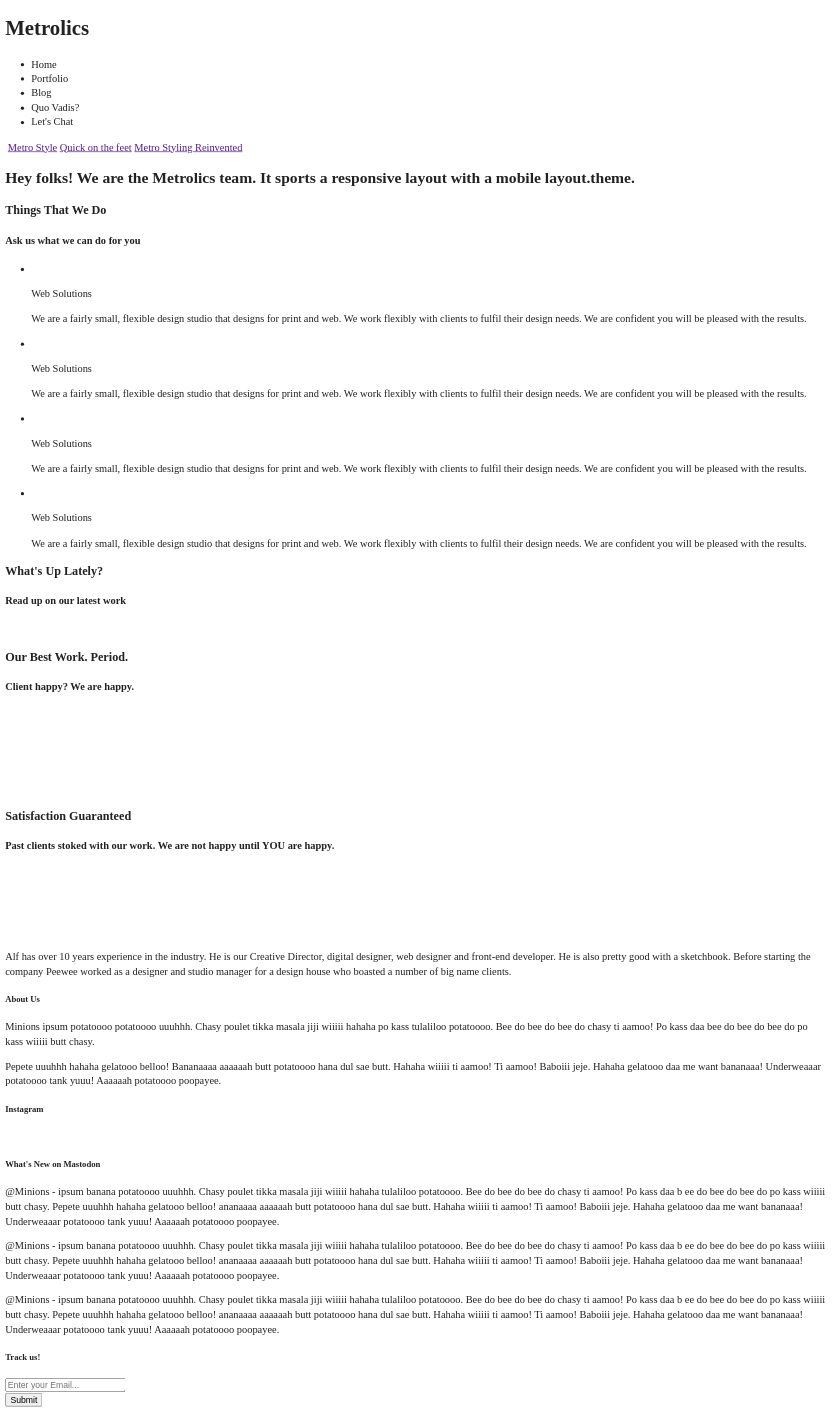
Repository: kaitlynlew/Lab02-Metrolics
Page: index.html
An editor plug-in stored every save of this project. The page is shown before and after the next save, followed by the edit.
The browser window is 1280 px wide. The pictures show the whole page, at 65% of full size.

Above is the page before, as saved 2025-01-24 14:23:18.

### index.html
<!doctype html>
<html class="no-js" lang="en">

<head>
  <meta charset="utf-8">
  <meta name="viewport" content="width=device-width, initial-scale=1">
  <title>Metrolics</title>
  <link rel="stylesheet" href="css/style.css">
  <meta name="description" content="">

  <meta property="og:title" content="">
  <meta property="og:type" content="">
  <meta property="og:url" content="">
  <meta property="og:image" content="">
  <meta property="og:image:alt" content="">

  <link rel="manifest" href="site.webmanifest">
  <meta name="theme-color" content="#fafafa">
</head>

<body class="page --home">

<header class="page__header">
    <h1 class="header__title">Metrolics</h1>
    <nav class="heade__navigation">
        <ul class="navigation__list">
            <li class="navigation__list--home">Home</li>
            <li class="navigation__list--portfolio">Portfolio</li>
            <li class="navigation__list--blog">Blog</li>
            <li class="navigation__list--quovadis">Quo Vadis?</li>
            <li class="navigation__list--letschat">Let's Chat</li>
        </ul>
    </nav>
</header>

<section class="">
  <div>
    <img src="/" alt="">
    <a href="">Metro Style</a>
    <a href="">Quick on the feet</a>
    <a href="">Metro Styling Reinvented</a>
  </div>
</section>

<h2>Hey folks! We are the Metrolics team. It sports a responsive layout with a mobile layout.theme.</h2>

<section>
    <h3 class="heading-2">Things That We Do</h3>
    <h4 class="subhead-1">Ask us what we can do for you</h4>
    <div>
        <ul>
            <li><img src="/" alt="">
                <p>Web Solutions</p>
                <p>We are a fairly small, flexible design studio that designs for print and web. We work flexibly with clients to fulfil their design needs. We are confident you will be pleased with the results.</p>
            </li>
        </ul>
        <ul>
            <li><img src="/" alt="">
                <p>Web Solutions</p>
                <p>We are a fairly small, flexible design studio that designs for print and web. We work flexibly with clients to fulfil their design needs. We are confident you will be pleased with the results.</p>
            </li>
        </ul>
        <ul>
            <li><img src="/" alt="">
                <p>Web Solutions</p>
                <p>We are a fairly small, flexible design studio that designs for print and web. We work flexibly with clients to fulfil their design needs. We are confident you will be pleased with the results.</p>
            </li>
        </ul>
        <ul>
            <li><img src="/" alt="">
                <p>Web Solutions</p>
                <p>We are a fairly small, flexible design studio that designs for print and web. We work flexibly with clients to fulfil their design needs. We are confident you will be pleased with the results.</p>
            </li>
        </ul>
    </div>
</section>

<section class="blog">
  <header>
    <h3 class="blog__title">What's Up Lately?</h3>
    <h4 class="blog__subhead">Read up on our latest work</h4>
  </header>
  <div>
    <div>
      <img src="/" alt="">
    </div>
  </div>
</section>

<section>
  <h3 class="heading-2">Our Best Work. Period.</h3>
  <h4 class="subhead-1">Client happy? We are happy.</h4>
  <div>
    <div><img src="/" alt=""></div>
    <div><img src="/" alt=""></div>
    <div><img src="/" alt=""></div>
    <div><img src="/" alt=""></div>
    <div><img src="/" alt=""></div>
    <div><img src="/" alt=""></div>
  </div>
</section>

<section>
  <h3 class="heading-2">Satisfaction Guaranteed</h3>
  <h4 class="subhead-1">Past clients stoked with our work. We are not happy until YOU are happy.</h4>
  <div>
      <div><img src="/" alt=""></div>
      <div><img src="/" alt=""></div>
      <div><img src="/" alt=""></div>
      <div><img src="/" alt=""></div>
  </div>
</section>

<footer>
  <div>
      <img src="/" alt="">
      <p>Alf has over 10 years experience in the industry. He is our Creative Director, digital designer, web designer and front-end developer. He is also pretty good with a sketchbook. Before starting the company Peewee worked as a designer and studio manager for a design house who boasted a number of big name clients.</p>
  </div>
  <section>
      <section>
          <h5 class="footer-section__heading">About Us</h5>
          <p>Minions ipsum potatoooo potatoooo uuuhhh. Chasy poulet tikka masala jiji wiiiii hahaha po kass tulaliloo potatoooo. Bee do bee do bee do chasy ti aamoo! Po kass daa bee do bee do bee do po kass wiiiii butt chasy. </p>
          <p>Pepete uuuhhh hahaha gelatooo belloo! Bananaaaa aaaaaah butt potatoooo hana dul sae butt. Hahaha wiiiii ti aamoo! Ti aamoo! Baboiii jeje. Hahaha gelatooo daa me want bananaaa! Underweaaar potatoooo tank yuuu! Aaaaaah potatoooo poopayee. </p>
      </section>
      <section>
          <h5 class="footer-section__heading">Instagram</h5>
          <img src="/" alt="">
          <img src="/" alt="">
          <img src="/" alt="">
          <img src="/" alt="">
          <img src="/" alt="">
          <img src="/" alt="">
          <img src="/" alt="">
          <img src="/" alt="">
          <img src="/" alt="">
      </section>
      <section>
        <h5 class="footer-section__heading">What's New on Mastodon</h5>
        <p>@Minions - ipsum banana potatoooo uuuhhh. Chasy poulet tikka masala jiji wiiiii hahaha tulaliloo potatoooo. Bee do bee do bee do chasy ti aamoo! Po kass daa b ee do bee do bee do po kass wiiiii butt chasy. Pepete uuuhhh hahaha gelatooo belloo! ananaaaa aaaaaah butt potatoooo hana dul sae butt. Hahaha wiiiii ti aamoo! Ti aamoo! Baboiii jeje. Hahaha gelatooo daa me want bananaaa! Underweaaar potatoooo tank yuuu! Aaaaaah potatoooo poopayee. </p>
        <p>@Minions - ipsum banana potatoooo uuuhhh. Chasy poulet tikka masala jiji wiiiii hahaha tulaliloo potatoooo. Bee do bee do bee do chasy ti aamoo! Po kass daa b ee do bee do bee do po kass wiiiii butt chasy. Pepete uuuhhh hahaha gelatooo belloo! ananaaaa aaaaaah butt potatoooo hana dul sae butt. Hahaha wiiiii ti aamoo! Ti aamoo! Baboiii jeje. Hahaha gelatooo daa me want bananaaa! Underweaaar potatoooo tank yuuu! Aaaaaah potatoooo poopayee. </p>
        <p>@Minions - ipsum banana potatoooo uuuhhh. Chasy poulet tikka masala jiji wiiiii hahaha tulaliloo potatoooo. Bee do bee do bee do chasy ti aamoo! Po kass daa b ee do bee do bee do po kass wiiiii butt chasy. Pepete uuuhhh hahaha gelatooo belloo! ananaaaa aaaaaah butt potatoooo hana dul sae butt. Hahaha wiiiii ti aamoo! Ti aamoo! Baboiii jeje. Hahaha gelatooo daa me want bananaaa! Underweaaar potatoooo tank yuuu! Aaaaaah potatoooo poopayee. </p>
      </section>
      <section>
        <h5 class="footer-section__heading">Track us!</h5>
        <form>
          <div>
            <input type="email" name="email" id="email" placeholder="Enter your Email... " required>
          </div>
          <div>
            <input type="submit">
          </div>
        </form>
      </section>
  </section>
</footer>

  <script src="js/app.js"></script>

</body>
</html>

### css/style.css
/*! HTML5 Boilerplate v9.0.1 | MIT License | https://html5boilerplate.com/ */

/* main.css 3.0.0 | MIT License | https://github.com/h5bp/main.css#readme */
/*
 * What follows is the result of much research on cross-browser styling.
 * Credit left inline and big thanks to Nicolas Gallagher, Jonathan Neal,
 * Kroc Camen, and the H5BP dev community and team.
 */

/* ==========================================================================
   Base styles: opinionated defaults
   ========================================================================== */

html {
  color: #222;
  font-size: 1em;
  line-height: 1.4;
}

/*
 * Remove text-shadow in selection highlight:
 * https://twitter.com/miketaylr/status/12228805301
 *
 * Customize the background color to match your design.
 */

::-moz-selection {
  background: #b3d4fc;
  text-shadow: none;
}

::selection {
  background: #b3d4fc;
  text-shadow: none;
}

/*
 * A better looking default horizontal rule
 */

hr {
  display: block;
  height: 1px;
  border: 0;
  border-top: 1px solid #ccc;
  margin: 1em 0;
  padding: 0;
}

/*
 * Remove the gap between audio, canvas, iframes,
 * images, videos and the bottom of their containers:
 * https://github.com/h5bp/html5-boilerplate/issues/440
 */

audio,
canvas,
iframe,
img,
svg,
video {
  vertical-align: middle;
}

/*
 * Remove default fieldset styles.
 */

fieldset {
  border: 0;
  margin: 0;
  padding: 0;
}

/*
 * Allow only vertical resizing of textareas.
 */

textarea {
  resize: vertical;
}

/* ==========================================================================
   Author's custom styles
   ========================================================================== */

/* ==========================================================================
   Helper classes
   ========================================================================== */

/*
 * Hide visually and from screen readers
 */

.hidden,
[hidden] {
  display: none !important;
}

/*
 * Hide only visually, but have it available for screen readers:
 * https://snook.ca/archives/html_and_css/hiding-content-for-accessibility
 *
 * 1. For long content, line feeds are not interpreted as spaces and small width
 *    causes content to wrap 1 word per line:
 *    https://medium.com/@jessebeach/beware-smushed-off-screen-accessible-text-5952a4c2cbfe
 */

.visually-hidden {
  border: 0;
  clip: rect(0, 0, 0, 0);
  height: 1px;
  margin: -1px;
  overflow: hidden;
  padding: 0;
  position: absolute;
  white-space: nowrap;
  width: 1px;
  /* 1 */
}

/*
 * Extends the .visually-hidden class to allow the element
 * to be focusable when navigated to via the keyboard:
 * https://www.drupal.org/node/897638
 */

.visually-hidden.focusable:active,
.visually-hidden.focusable:focus {
  clip: auto;
  height: auto;
  margin: 0;
  overflow: visible;
  position: static;
  white-space: inherit;
  width: auto;
}

/*
 * Hide visually and from screen readers, but maintain layout
 */

.invisible {
  visibility: hidden;
}

/*
 * Clearfix: contain floats
 *
 * The use of `table` rather than `block` is only necessary if using
 * `::before` to contain the top-margins of child elements.
 */

.clearfix::before,
.clearfix::after {
  content: "";
  display: table;
}

.clearfix::after {
  clear: both;
}

/* ==========================================================================
   EXAMPLE Media Queries for Responsive Design.
   These examples override the primary ('mobile first') styles.
   Modify as content requires.
   ========================================================================== */

@media only screen and (min-width: 35em) {
  /* Style adjustments for viewports that meet the condition */
}

@media print,
  (-webkit-min-device-pixel-ratio: 1.25),
  (min-resolution: 1.25dppx),
  (min-resolution: 120dpi) {
  /* Style adjustments for high resolution devices */
}

/* ==========================================================================
   Print styles.
   Inlined to avoid the additional HTTP request:
   https://www.phpied.com/delay-loading-your-print-css/
   ========================================================================== */

@media print {
  *,
  *::before,
  *::after {
    background: #fff !important;
    color: #000 !important;
    /* Black prints faster */
    box-shadow: none !important;
    text-shadow: none !important;
  }

  a,
  a:visited {
    text-decoration: underline;
  }

  a[href]::after {
    content: " (" attr(href) ")";
  }

  abbr[title]::after {
    content: " (" attr(title) ")";
  }

  /*
   * Don't show links that are fragment identifiers,
   * or use the `javascript:` pseudo protocol
   */
  a[href^="#"]::after,
  a[href^="javascript:"]::after {
    content: "";
  }

  pre {
    white-space: pre-wrap !important;
  }

  pre,
  blockquote {
    border: 1px solid #999;
    page-break-inside: avoid;
  }

  tr,
  img {
    page-break-inside: avoid;
  }

  p,
  h2,
  h3 {
    orphans: 3;
    widows: 3;
  }

  h2,
  h3 {
    page-break-after: avoid;
  }
}

Loaded but not shown: js/app.js (no stored copy; drawn as an empty file)

After the next save:
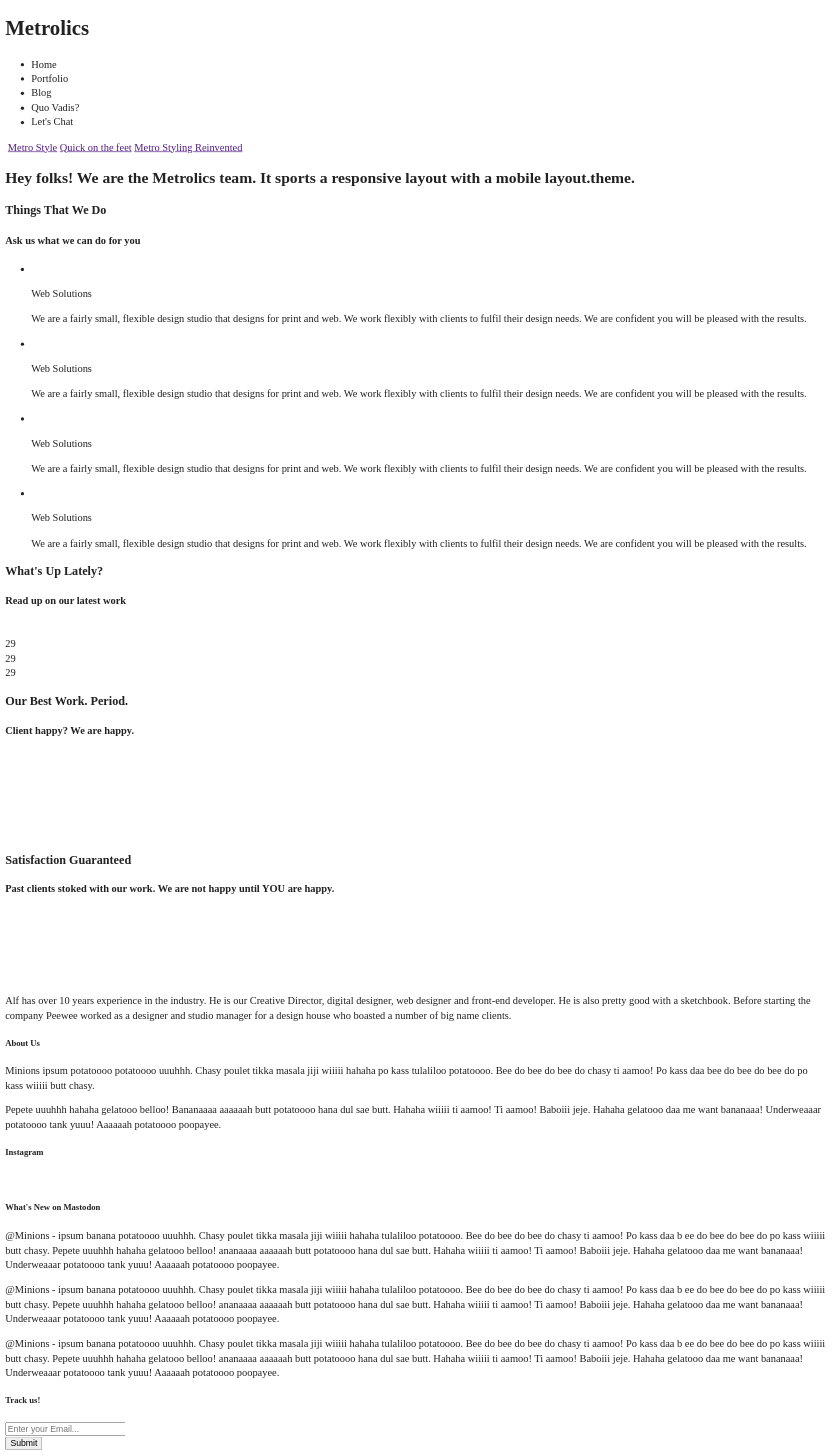
Saved 2 min 57 s later.
--- a/index.html
+++ b/index.html
@@ -81,8 +81,11 @@
     <h4 class="blog__subhead">Read up on our latest work</h4>
   </header>
   <div>
-    <div>
-      <img src="/" alt="">
+    <img src="/" alt="">
+    <div class="date">
+      <div class="day">29</div>
+      <div class="month">29</div>
+      <div class="year">29</div>
     </div>
   </div>
 </section>
